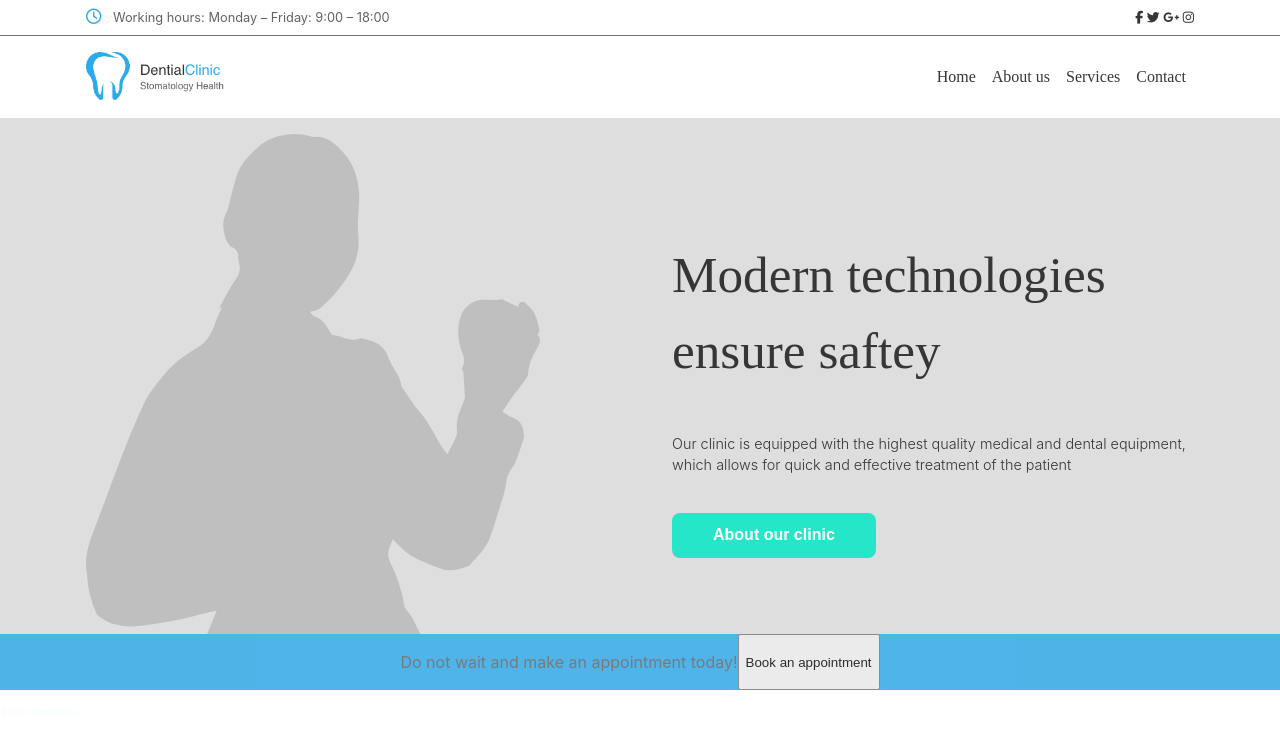
Repository: skepp4rn/uppgift1
Page: index.html
The author's editor kept a copy of each file at every save. The page is drawn from the files as they stood at one save, then again after the next save.
The browser window is 1280 px wide. The pictures show the whole page.
Some web libraries are served in a nearby version.

Above is the page before, as saved 2020-12-03 13:53:22.

After the next save:
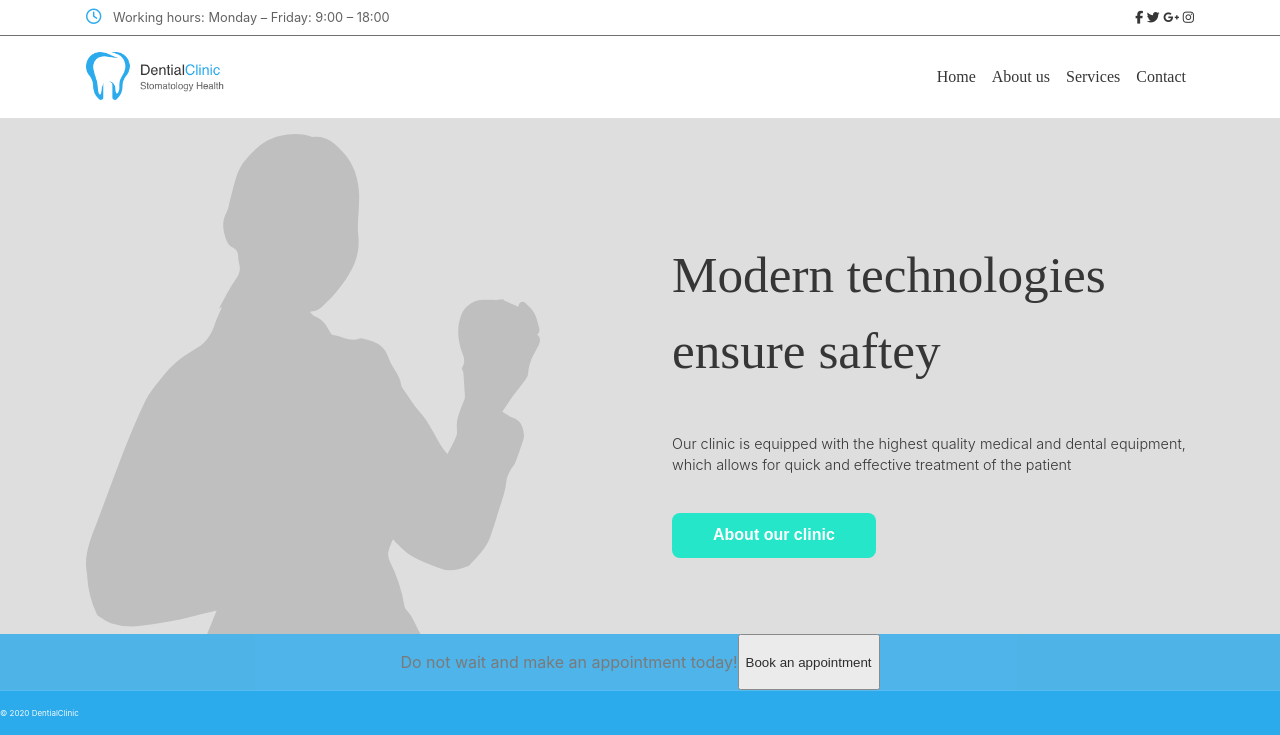
Saved 5 s later.
--- a/style.css
+++ b/style.css
@@ -210,7 +210,7 @@ a:hover {
 
 
 footer {
-    border-top: 1px solid rgb(255, 255, 255, 0.2)
+    border-top: 1px solid rgb(255, 255, 255, 0.2);
     background-color: #2BAAEC;
     color: #f3fbff;
     padding: 1rem 0rem;
